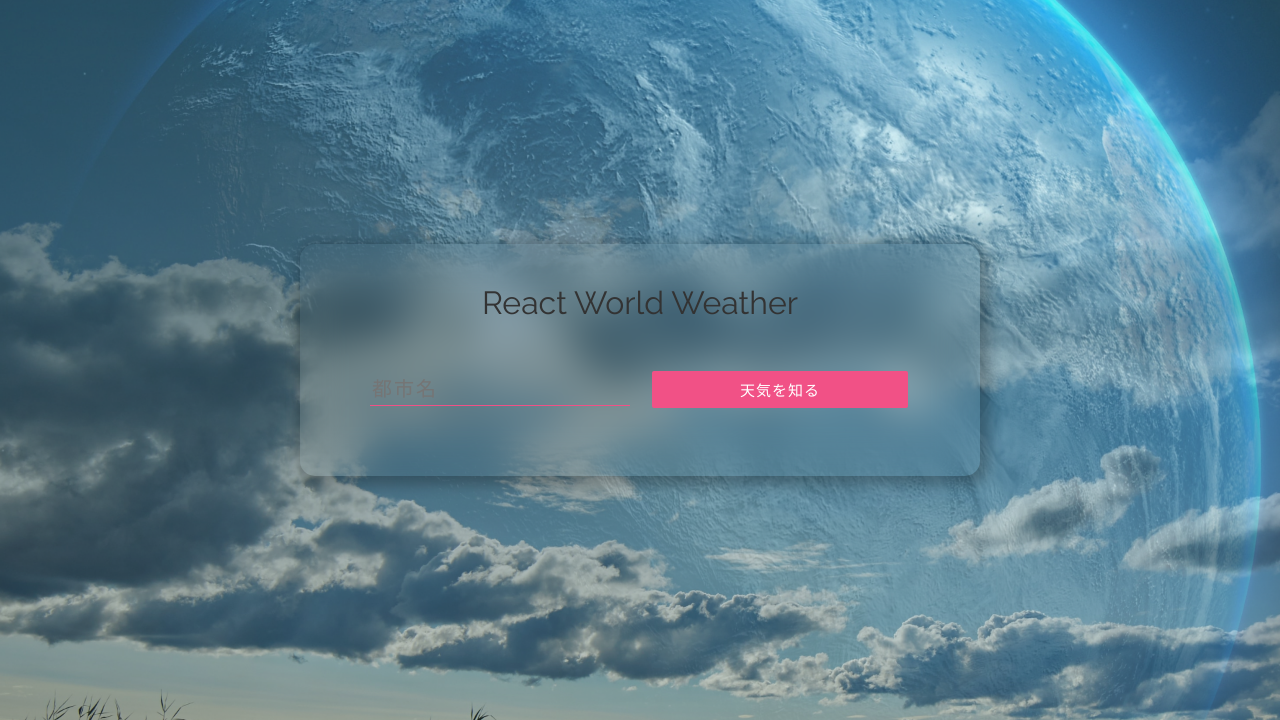
Repository: Junichi-Machii/react-tyepscript-app-weather-001
Page: /
An editor plug-in stored every save of this project. The page is shown before and after a run of saves, followed by the edit.
The browser window is 1280 px wide. The pictures show the whole page.
The project was rebuilt for these pictures with package versions that can differ from the ones it lists, and the page was loaded fresh each time.

Above is the page before, as saved 2023-05-29 17:10:03.

After the next 7 saves:
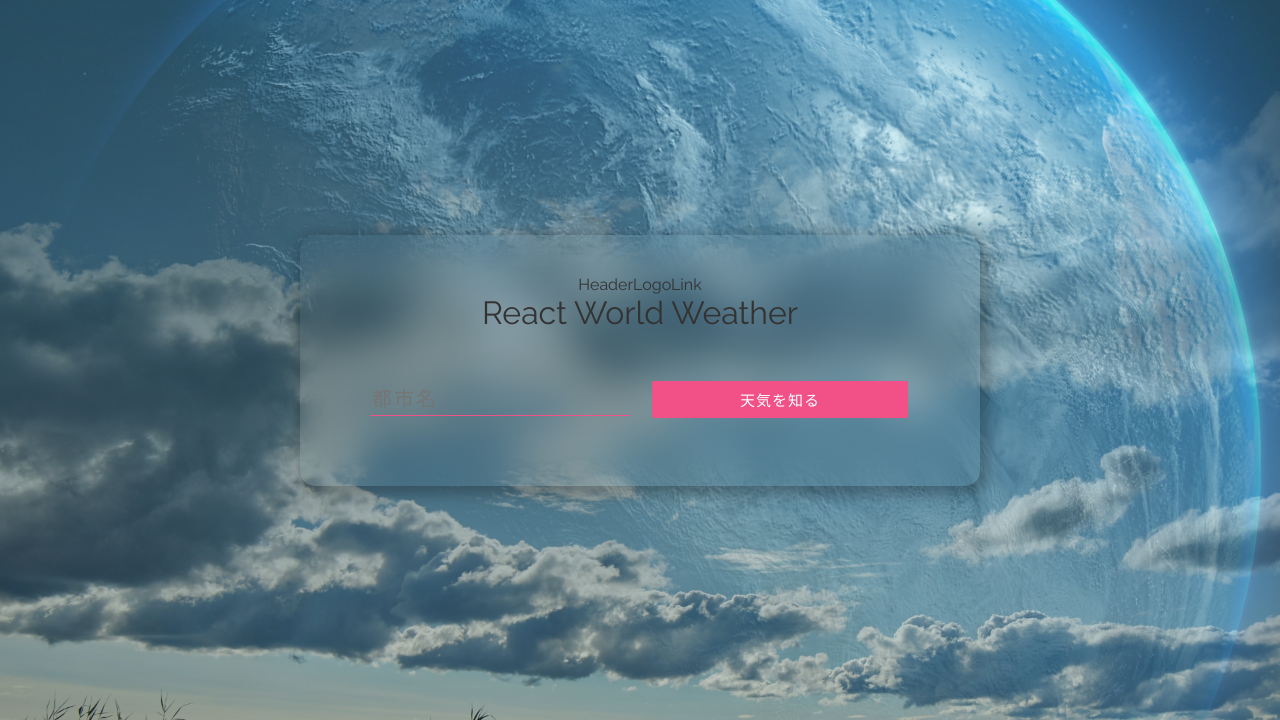
The 7 saves are shown as one change because they came seconds apart.
The last was saved 49 s later.
--- a/src/App.tsx
+++ b/src/App.tsx
@@ -8,6 +8,7 @@ import { useState } from "react";
 
 import './App.css';
 import { response } from 'express';
+import HeaderLogoLink from './components/HeaderLogoLink';
 
 type ResultsStateType = {
   country: string;
@@ -49,6 +50,7 @@ function App() {
   return (
     <div className="wrapper">
       <div className="container">
+        <HeaderLogoLink />
         <Title />
         <Form setCity={setCity} getWeather={getWeather} />
         <Results results={results}/>
